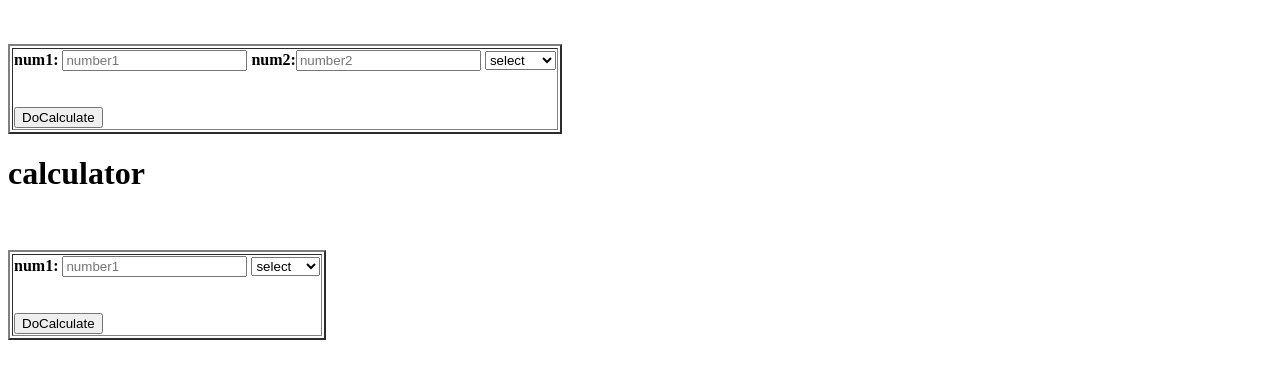
Repository: ravikumar0303/Advance-Java
Page: JSPCalculator/src/main/webapp/calculator.html
These files come from the project's save history. The page is drawn as it stood at one moment and after the next save; the edit follows.
The browser window is 1280 px wide. The pictures show the whole page.

Above is the page before, as saved 2023-06-24 11:28:14.

### JSPCalculator/src/main/webapp/calculator.html
<!DOCTYPE html>
<html>
<head>
<meta charset="ISO-8859-1">
<title>calculator</title>

</head>
<body>
	<br></br>
	<div>
		<table border="2px">
			<tr>
				<td>
					<form action="ToCalculate.jsp" method="doPost" />
				   <b></form> num1: <input type="text" name="num1" id="num1" placeholder="number1"/>
					<b>num2:<input type="text"name="num2" id="num2" placeholder="number2"/>

					 <select onClick="btn" id="btn" name="btn">
						<option>select</option>
						<option value="add" id="btn">Addition</option>
						<option value="sub" id="btn">Sub</option>
						<option value="mul" id="btn">mul</option>
						<option value="div" id="btn">div</option>
				</select><br><br><br>
					<button type="submit" name="btn" id="btn">DoCalculate</button>


					</form>
				</td>
			</tr>
		</table>
	</div>

	                      <h1>calculator</h1>

	                      <br></br>
	<div>
		<table border="2px">
			<tr>
				<td>
					<form action="ToCalculate.jsp" method="doPost" />
				   <b></form> num1: <input type="text" name="num1" id="num1" placeholder="number1"/>

					    <select onClick="btn" id="btn" name="btn">
						<option>select</option>
						<option value="fact" id="btn">factorial</option>
						<option value="squ" id="btn">Square</option>
						<option value="qub" id="btn">Qub</option>

				</select><br><br><br>
					<button type="submit" name="btn" id="btn">DoCalculate</button>


					</form>
				</td>
			</tr>
		</table>
	</div>



</body>
</html>

After the next save:
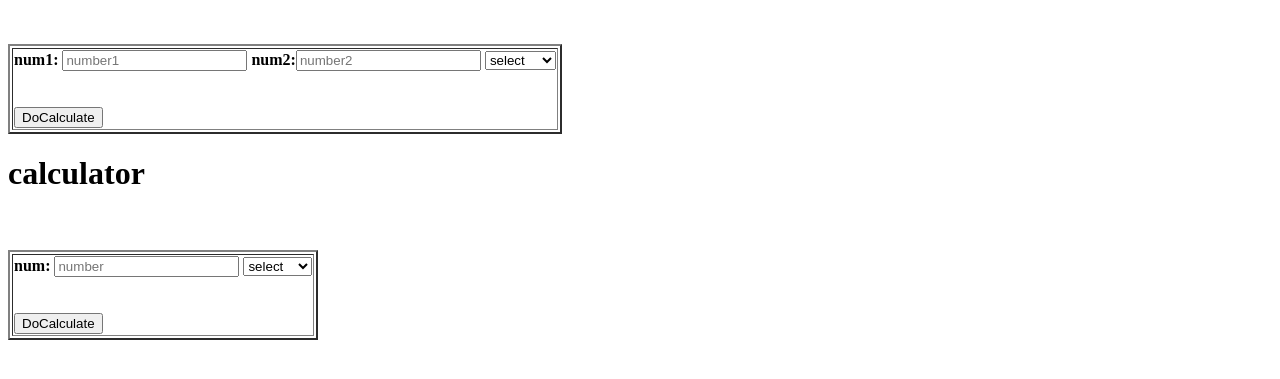
Saved 18 s later.
--- a/JSPCalculator/src/main/webapp/calculator.html
+++ b/JSPCalculator/src/main/webapp/calculator.html
@@ -39,7 +39,7 @@
 			<tr>
 				<td>
 					<form action="ToCalculate.jsp" method="doPost" />
-				   <b></form> num1: <input type="text" name="num1" id="num1" placeholder="number1"/>
+				   <b></form> num: <input type="text" name="num" id="num" placeholder="number"/>
 
 					    <select onClick="btn" id="btn" name="btn">
 						<option>select</option>
